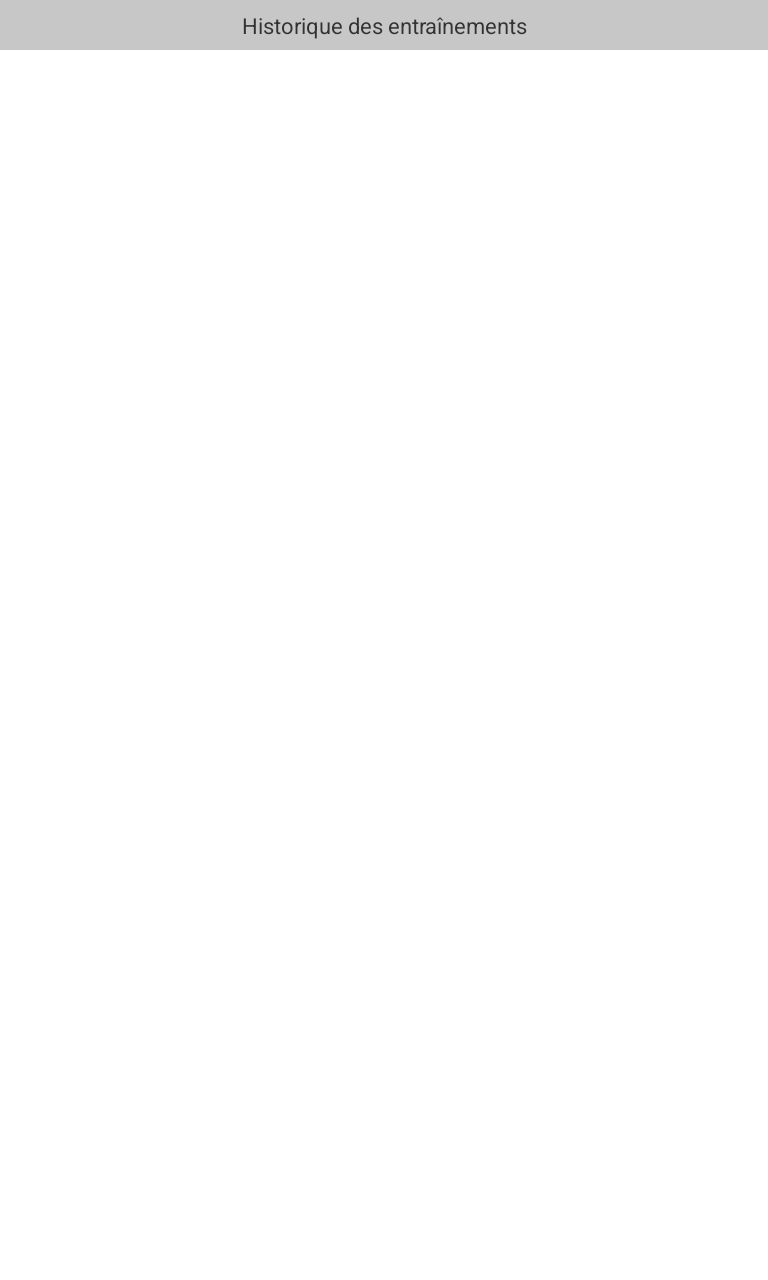
Repository: dekeym/Projet-IHM
Layout: WorkSpace/ChallengeMe/res/layout/fragment_history.xml
An editor plug-in stored every save of this project. The layout is shown before and after the next save, followed by the edit.
It is drawn on a 768 x 1280 px phone screen (xhdpi) without system bars, with theme android:Theme.Holo.Light.DarkActionBar; the app's code is not run. Lists and similar views that code fills are empty.

Above is the layout before, as saved 2014-12-18 00:47:07.

After the next save:
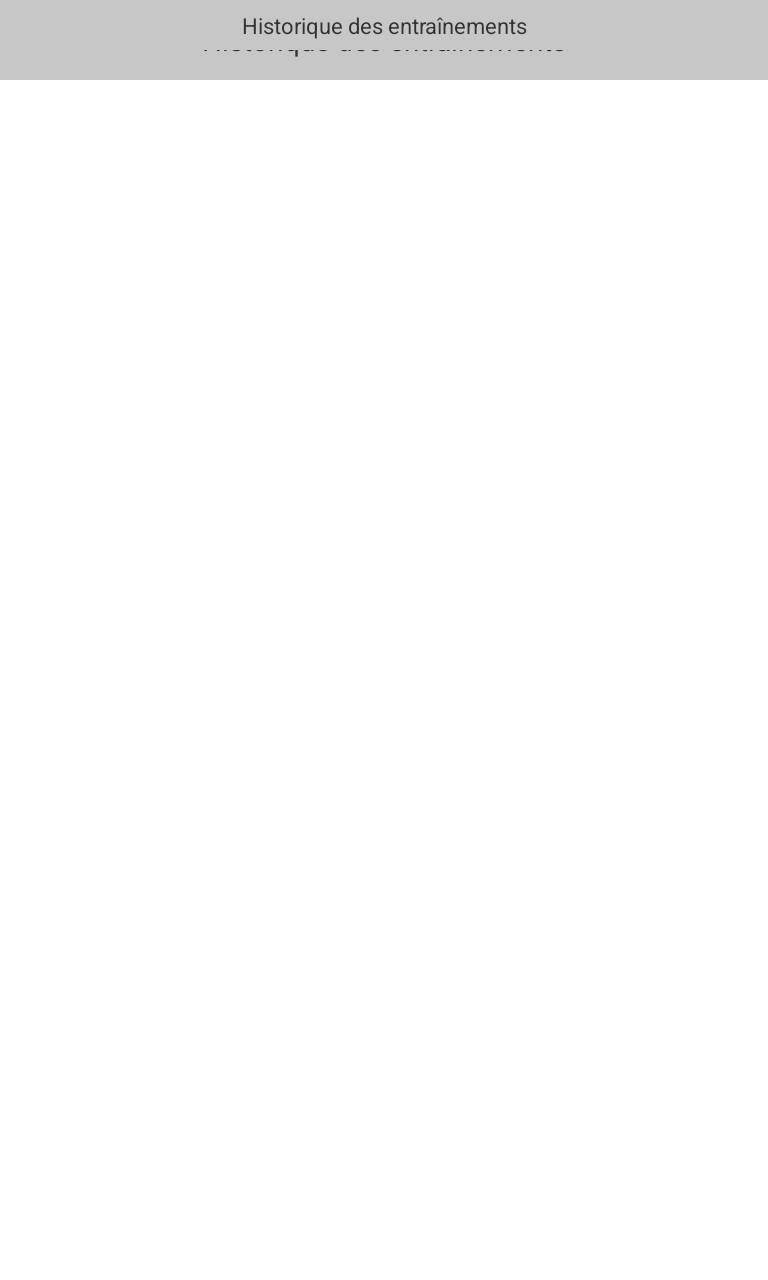
Saved 19 s later.
--- a/WorkSpace/ChallengeMe/res/layout/fragment_history.xml
+++ b/WorkSpace/ChallengeMe/res/layout/fragment_history.xml
@@ -8,12 +8,12 @@
     <TextView
         android:id="@+id/historyUser"
         android:layout_width="478dp"
-        android:layout_height="25dp"
+        android:layout_height="40dp"
         android:layout_alignParentLeft="true"
         android:background="#c7c7c7"
         android:gravity="center"
         android:text="Historique des entraînements"
-        android:textSize="11sp" />
+        android:textSize="14sp" />
 
     <ListView
         android:id="@+id/listHistoryUser"
